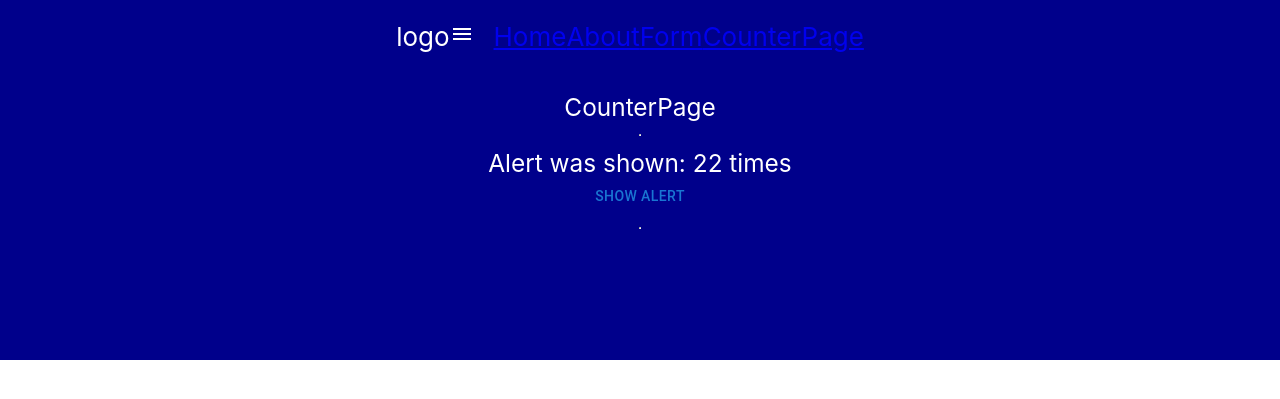
Repository: OutcomerTom/my-app
Page: /CounterPage
The author's editor kept a copy of each file at every save. The page is drawn from the files as they stood at one save, then again after the next save.
The browser window is 1280 px wide. The pictures show the whole page.
The project was rebuilt for these pictures with package versions that can differ from the ones it lists, and the page was loaded fresh each time. Also part of the build but not shown: src/InputForm/InputForm.tsx, src/InputForm/index.ts, src/FormPage/FormPage.tsx, src/HomePage/HomePage.tsx.

Above is the page before, as saved 2022-05-31 00:25:33.

After the next save:
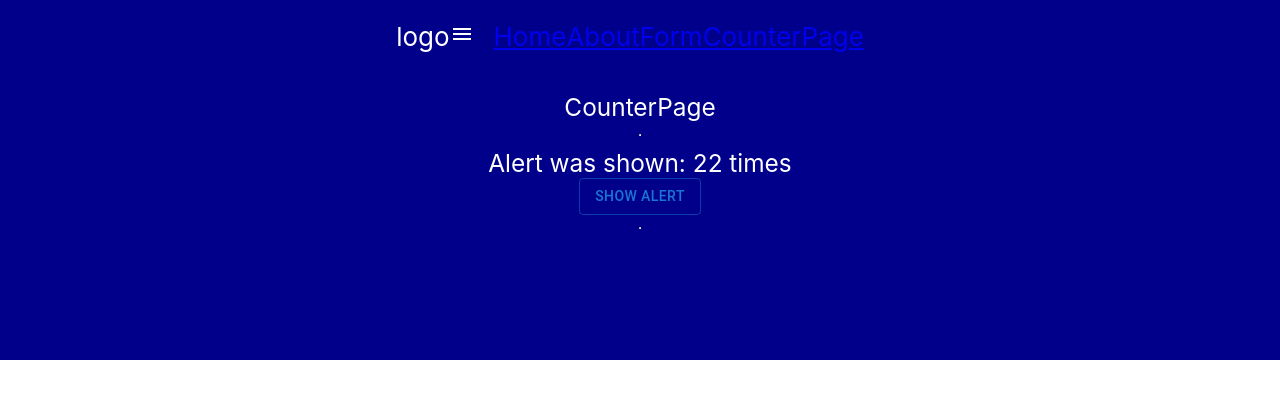
Saved 40 s later.
--- a/src/Counter/CounterPage.tsx
+++ b/src/Counter/CounterPage.tsx
@@ -17,7 +17,9 @@ export const CounterPage = () => {
       <div>CounterPage</div>
       <hr />
       <div>{`Alert was shown: ${counter} times`}</div>
-      <Button onClick={() => handleShowAlert(22)}>Show Alert</Button>
+      <Button onClick={() => handleShowAlert(22)} variant="outlined">
+        Show Alert
+      </Button>
       <hr />
     </>
   );
